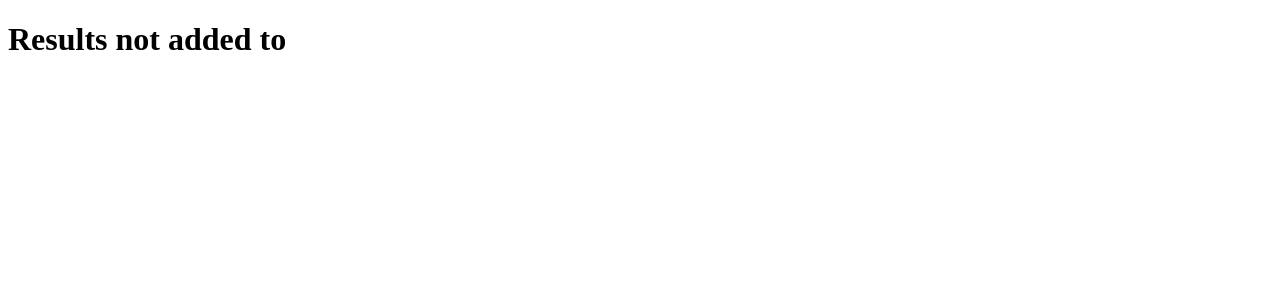
Repository: Aishwarya6362/J2EE
Page: add-result-mvc/src/main/webapp/addResultFailure.html
An editor plug-in stored every save of this project. The page is shown before and after the next save, followed by the edit.
The browser window is 1280 px wide. The pictures show the whole page.

Above is the page before, as saved 2024-10-10 11:51:37.

### add-result-mvc/src/main/webapp/addResultFailure.html
<!DOCTYPE html>
<html>
<head>
<meta charset="UTF-8">
<title>Insert title here</title>
</head>
<body>
	<h1>Results not added to </h1>
</body>
</html>

After the next save:
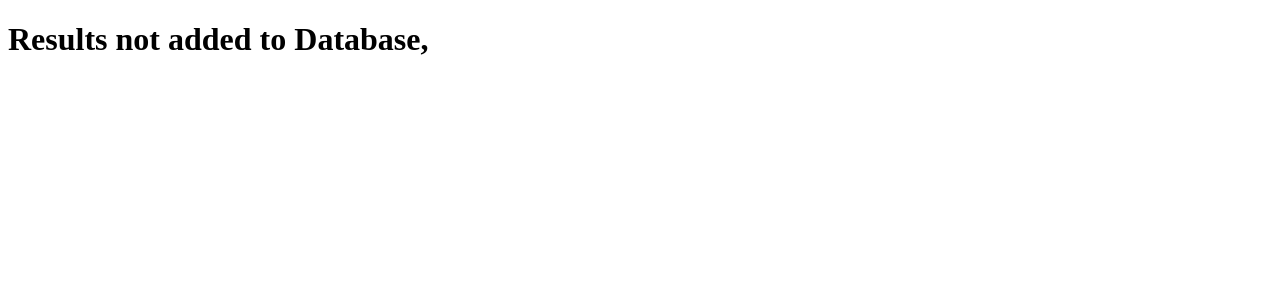
Saved 5 s later.
--- a/add-result-mvc/src/main/webapp/addResultFailure.html
+++ b/add-result-mvc/src/main/webapp/addResultFailure.html
@@ -5,6 +5,6 @@
 <title>Insert title here</title>
 </head>
 <body>
-	<h1>Results not added to </h1>
+	<h1>Results not added to Database, </h1>
 </body>
 </html>
